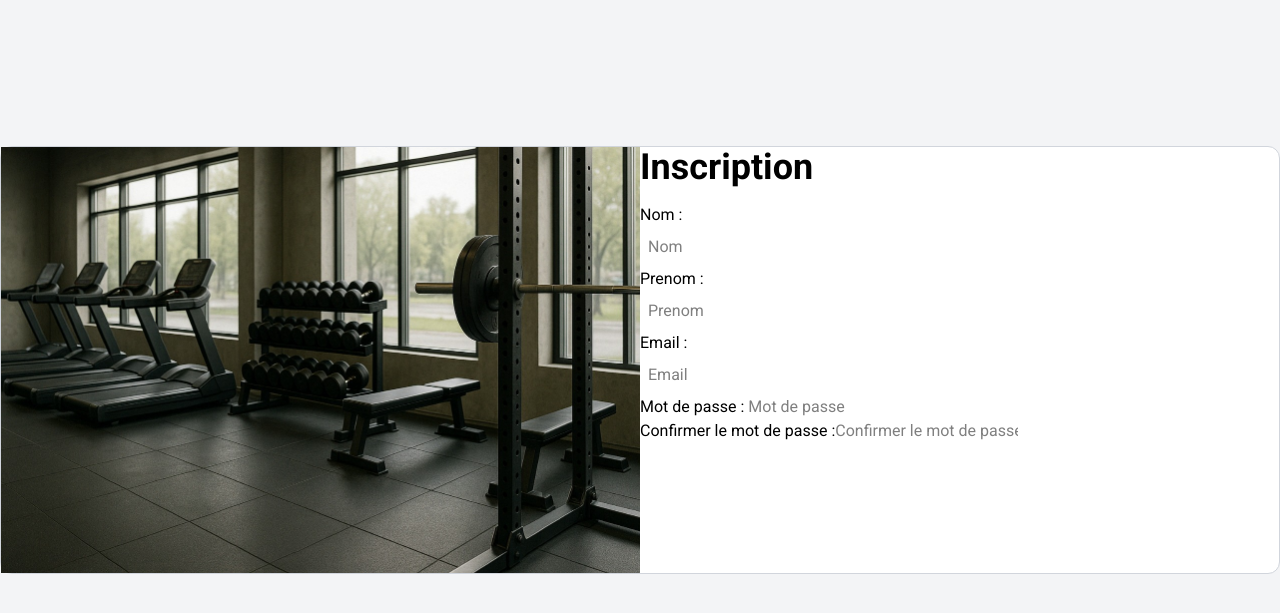
Repository: fahchouchsm/clubSportifWeb
Page: src/pages/inscription.html
The author's editor kept a copy of each file at every save. The page is drawn from the files as they stood at one save, then again after the next save.
The browser window is 1280 px wide. The pictures show the whole page.

Above is the page before, as saved 2025-04-16 19:50:08.

### src/pages/inscription.html
<!doctype html>
<html lang="en">
  <head>
    <meta charset="UTF-8" />
    <meta name="viewport" content="width=device-width, initial-scale=1.0" />
    <link href="../css/output.css" rel="stylesheet" />
    <link rel="stylesheet" href="../css/main.css" />
    <link rel="stylesheet" href="../css/style.css" />
    <title>Document</title>
  </head>
  <body>
    <div
      class="flex h-screen w-screen items-center justify-center bg-gray-100 px-10"
    >
      <main
        class="mx-auto flex rounded-xl border border-gray-300 bg-white shadow-lg shadow-gray-400"
      >
        <img
          src="../../public/imgs/salleInterieur.jpeg"
          class="h-full w-1/2 rounded-s-lg object-cover"
          alt=""
        />
        <form
          action="../php/inscription.php"
          method="post"
          class="flex w-1/2 flex-col gap-4 p-6"
        >
          <h1 class="text-4xl font-bold">Inscription</h1>
          <!-- inputs -->
          <div class="grid w-full grid-cols-2 gap-4">
            <!-- Nom -->
            <div class="">
              <label for="nom"> Nom : </label>
              <input
                class="input-style"
                type="text"
                name="nom"
                id="nom"
                placeholder="Nom"
                pattern="[a-zA-Z ]{3,30}"
                required
              />
            </div>
            <!-- Prenom -->
            <div class="">
              <label for="prenom">Prenom :</label
              ><input
                type="text"
                class="input-style"
                name="prenom"
                placeholder="Prenom"
                pattern="[a-zA-Z ]{3,30}"
                id="prenom"
                required
              />
            </div>
            <!-- Email -->
            <div class="col-span-2">
              <label for="email">Email :</label
              ><input
                type="text"
                class="input-style"
                name="email"
                placeholder="Email"
                pattern="[a-zA-Z0-9._%+-]+@[a-zA-Z0-9.-]+\.[a-zA-Z]{2,}"
                id="email"
                required
              />
            </div>
            <!-- pass -->
            <div class="">
              <label for="pass">Mot de passe : </label>
              <input
                class="input-style"
                type="password"
                name="motdepasse"
                id="pass"
                placeholder="Mot de passe"
                pattern="[a-zA-Z ]{3,30}"
                required
              />
            </div>
            <!-- confPass -->
            <div class="">
              <label for="confPass">Confirmer le mot de passe :</label
              ><input
                type="password"
                class="input-style"
                placeholder="Confirmer le mot de passe"
                pattern="[a-zA-Z ]{3,30}"
                id="confPass"
                required
              />
            </div>
          </div>
          <button type="submit" class="ml-auto bg-gray-500 text-white">
            S'inscrire
          </button>
        </form>
      </main>
    </div>
    <script src="../js/style.js"></script>
  </body>
</html>

### src/css/main.css
@import url("https://fonts.googleapis.com/css2?family=Roboto:wght@400;700&display=swap");

body {
  font-family: "Roboto", sans-serif;
}

### src/css/style.css
/* styles.css */
.input-style {
  @apply block w-full rounded-lg border-2 border-gray-300 p-2 focus:border-blue-500 focus:outline-none;
}

### src/js/style.js
window.addEventListener("DOMContentLoaded", () => {
  const inputs = document.querySelectorAll('input[type="text"]');
  inputs.forEach((input) => {
    input.classList.add(
      "block",
      "w-full",
      "rounded-lg",
      "border-2",
      "border-gray-300",
      "p-2",
      "focus:border-gray-900",
      "focus:outline-none",
    );
  });
});

window.addEventListener("DOMContentLoaded", () => {
  const buttons = document.querySelectorAll("button");
  buttons.forEach((button) => {
    button.classList.add(
      "me-2",
      "rounded-lg",
      "border",
      "border-gray-200",
      "px-5",
      "py-2.5",
      "text-sm",
      "font-medium",
      "text-gray-900",
      "hover:opacity-75",
      "hover:text-white",
      "focus:z-10",
      "focus:ring-4",
      "focus:ring-gray-100",
      "focus:outline-none",
      "cursor-pointer",
    );
  });
});

Loaded but not shown: src/css/output.css (1058 lines, source omitted)

After the next save:
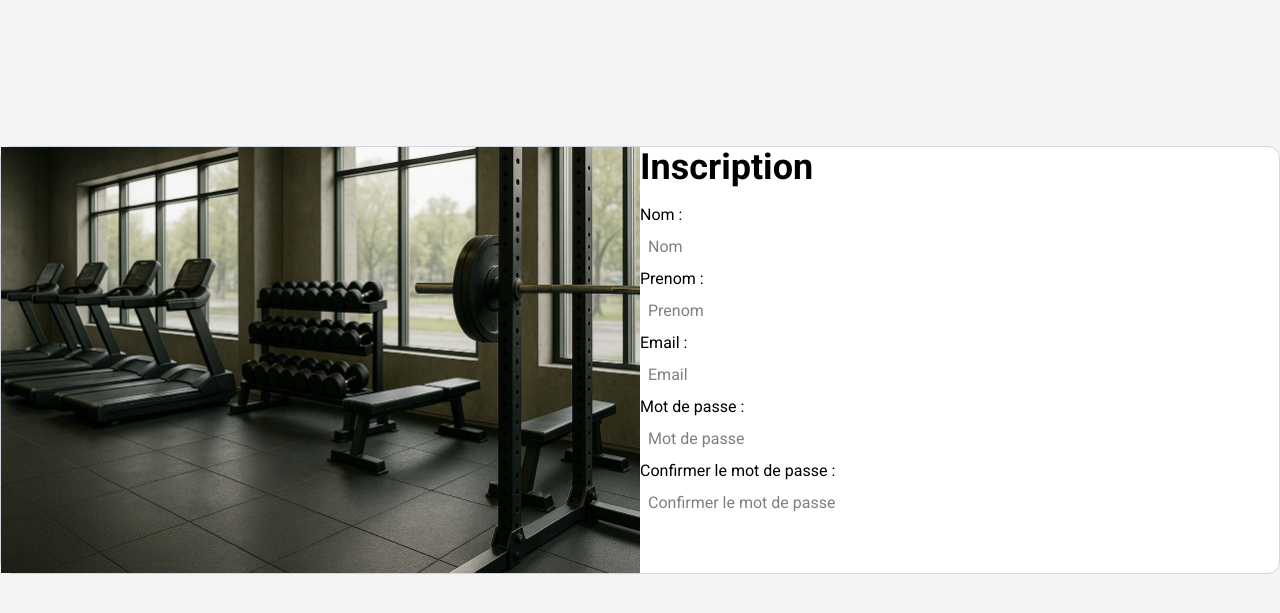
Saved 12 s later.
--- a/src/js/style.js
+++ b/src/js/style.js
@@ -1,5 +1,5 @@
 window.addEventListener("DOMContentLoaded", () => {
-  const inputs = document.querySelectorAll('input[type="text"]');
+  const inputs = document.querySelectorAll("input");
   inputs.forEach((input) => {
     input.classList.add(
       "block",
